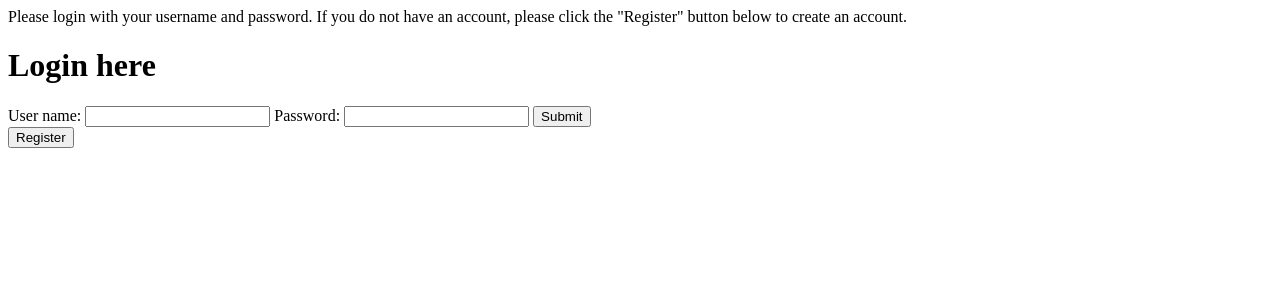
Repository: ejohnson93/CSCE_464
Page: http://localhost/hotel_management/login.jsp
An editor plug-in stored every save of this project. The page is shown before and after the next save, followed by the edit.
The browser window is 1280 px wide. The pictures show the whole page.
The page is served by Tomcat 9. Other server files are loaded and not shown.

Above is the page before, as saved 2016-01-28 06:31:11.

### hotel_management/WebContent/login.jsp
<%@ page language="java" contentType="text/html; charset=ISO-8859-1"
    pageEncoding="ISO-8859-1"%>
<!DOCTYPE html PUBLIC "-//W3C//DTD HTML 4.01 Transitional//EN" "http://www.w3.org/TR/html4/loose.dtd">
<html>
<head>
<meta http-equiv="Content-Type" content="text/html; charset=ISO-8859-1">
<title>Login</title>
</head>
<body>
Please login with your username and password. If you do not have an account, please click the "Register" button below to create an account.
<h1> Login here</h1>
<form name="input" action="Login" method="post">
User name: <input type="text" name="username">
Password: <input type="password" name="password">
<input type="submit" value="Submit">
</form>
<form action="register.jsp">
	<input type="submit" value="Register">
</form>
</body>
</html>

After the next save:
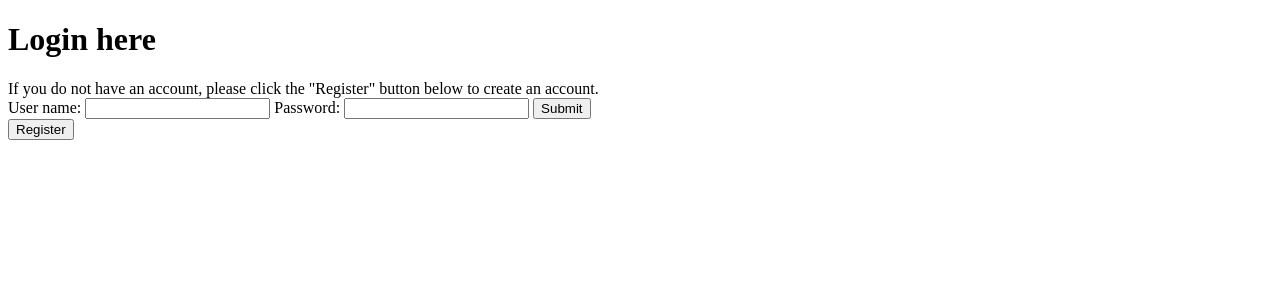
Saved 3 min 21 s later.
--- a/hotel_management/WebContent/login.jsp
+++ b/hotel_management/WebContent/login.jsp
@@ -7,8 +7,8 @@
 <title>Login</title>
 </head>
 <body>
-Please login with your username and password. If you do not have an account, please click the "Register" button below to create an account.
 <h1> Login here</h1>
+If you do not have an account, please click the "Register" button below to create an account.
 <form name="input" action="Login" method="post">
 User name: <input type="text" name="username">
 Password: <input type="password" name="password">
